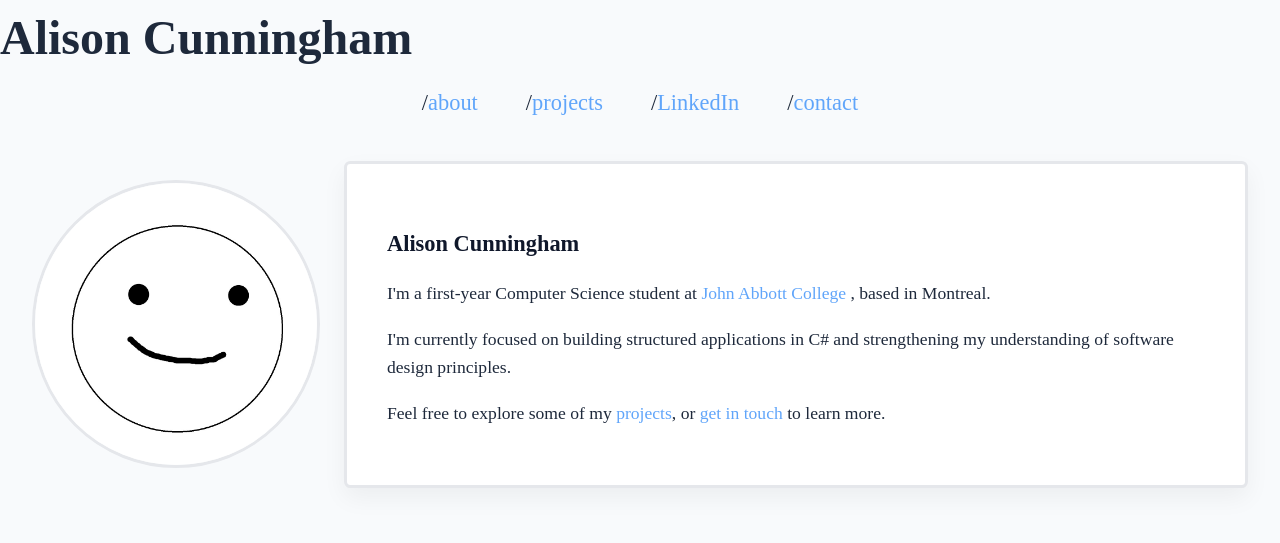
Repository: alison-cunningham/alison-cunningham
Page: index.html
The author's editor kept a copy of each file at every save. The page is drawn from the files as they stood at one save, then again after the next save.
The browser window is 1280 px wide. The pictures show the whole page.
Some web fonts or font styles are not loaded; a fallback is used.

Above is the page before, as saved 2026-05-12 20:12:00.

### index.html
<!DOCTYPE html>
<html lang="en">
<head>
    <meta charset="UTF-8" />
    <title>Alison Cunningham - Home Page</title>
    <meta name="viewport" content="width=device-width, initial-scale=1.0">
    <link rel="stylesheet" href="./styles/globals.css"/>
    <link rel="stylesheet" href="./styles/index.css" />
</head>

<body>
    <header>
        <h1>Alison Cunningham</h1>
        <div class="nav-bar">
            <a href="index.html">/<span class="hover-text">about</span></a>
            <a href="./pages/main-projects-page.html">/<span class="hover-text">projects</span></a>
            <a href="https://www.linkedin.com/in/alison-c-427578b5">/<span class="hover-text">LinkedIn</span></a>
            <a href="mailto:cunningham.alison.m@gmail.com">/<span class="hover-text">contact</span></a>
        </div>
    </header>

    <main>
        <img class="home-page-img" src="./assets/images/placeholder.jpg" alt="this is just a placeholder">

        <div class="about-me">
            <h3>Alison Cunningham</h3>
                <p>
        I'm a first-year Computer Science student at
        <a href="https://johnabbott.qc.ca/career-programs/computer-science-technology/" class="hover-text">
            John Abbott College
        </a>, based in Montreal.
    </p>

    <p>
        I'm currently focused on building structured applications in C# and strengthening my understanding of software design principles.
    </p>

    <p>
        Feel free to explore some of my <a href="projects.html" class="hover-text">projects</a>,
        or <a href="mailto:cunningham.alison.m@gmail.com" class="hover-text">get in touch</a> to learn more.
    </p>

        </div>


    </main>



</body>

</html>

### styles/globals.css
@font-face{
    font-family: 'Radio-Canada';
    src: url('../assets/fonts/Radio_Canada/RadioCanada-VariableFont_wdth\,wght.ttf')
}

*{
    box-sizing: border-box;
}

body{
    font-family: 'Radio-Canada';

    background-color: #f8fafc;
    color: #1e293b;

    line-height: 1.6;
    font-size: 1rem;

    margin: 0;
    overflow-x: hidden;
}


a{
    text-decoration: none;
    color: inherit;
}

h3{
    font-size: 1.4rem;
    margin-bottom: 1rem;
    color: #0f172a;
}

.page-header{

    font-size: 1.3rem;
    width: 100%;
    padding: 1rem 0;

    background-color: #ffffff;
    border-bottom: .2rem solid #e5e7eb85;

    display: flex;
    flex-direction: column;
    align-items: center;
    justify-content: center;
    text-align: center;


}

header h1{
    font-size: 3rem;
    margin: 0;
}

.nav-bar{
    display: flex;
    gap: 2rem;

    width: 100%;
    max-width: 100%;

    overflow-x: auto;

    padding: 0.5rem 1rem;
    margin: 0;

    font-size: 1.5rem;
}

.nav-bar::-webkit-scrollbar{
    height: 0.45rem;
}

.nav-bar::-webkit-scrollbar-track{
    background: #e5e7eb;
    border-radius: 999rem;
}

.nav-bar::-webkit-scrollbar-thumb{
    background: #34d399;
    border-radius: 999rem;
}

.hover-text{
    color: #60a5fa;
    position: relative;
}

.hover-text:hover{
    color: #34d399;
}

.hover-text::after{
    content:"";
    position: absolute;
    left: 0;
    bottom: -2px;

    width: 0%;
    height: 2px;
    background: #34d399;
    transition: width 0.6s ease;

}

.hover-text:hover::after {
    width: 100%;
}

### styles/index.css
.home-page-img{
    display: block;
    width: 15rem;
    border: .2rem solid #e5e7eb;
    border-radius: 50%;

    transition: transform 0.3s ease;
}

.home-page-img:hover{
    transform: scale(1.05);
}

main{
    display: flex;
    flex-direction: column;

    align-items: center;
    justify-content: center;

    gap: 3rem;
    padding: 3rem 1.5rem;

    width: 100%;
    margin: 0 auto;
}

.about-me{

    padding: 2rem;
    background-color: #ffffff;

    border: .2rem solid #e5e7eb;
    border-radius: .4rem;

    box-shadow: 0 10px 25px rgba(0,0,0,0.05);
}

@media (min-width: 768px){

    .nav-bar {
        justify-content: center;
        overflow-x: visible;
    }

    main {
        display: grid;
        grid-template-columns: auto 2fr;
        align-items: center;
        gap: 1.5rem;
    }

    .about-me{
        padding: 2.5rem;
    }

    .home-page-img{
        width: 18rem;
    }

}

@media (min-width: 900px) {

    main {
        display: grid;
        grid-template-columns: auto 2fr;
        align-items: center;
        gap: 1.5rem;

        padding: 2rem;
    }

    .page-header{
        font-size: 3.5rem;
        gap: 3rem;
    }

    .nav-bar{
        font-size: 1.4rem;
        gap: 3rem;
    }

    .about-me{
        font-size: 1.1rem;
    }

}

After the next save:
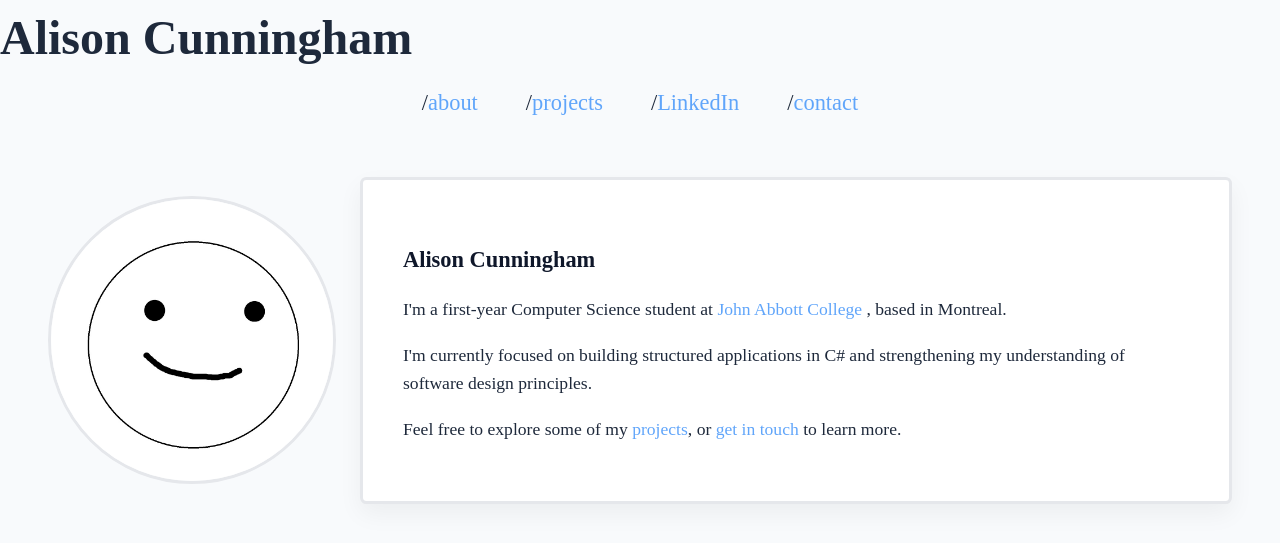
Saved 55 s later.
--- a/styles/index.css
+++ b/styles/index.css
@@ -68,7 +68,7 @@ main{
         align-items: center;
         gap: 1.5rem;
 
-        padding: 2rem;
+        padding: 3rem;
     }
 
     .page-header{
